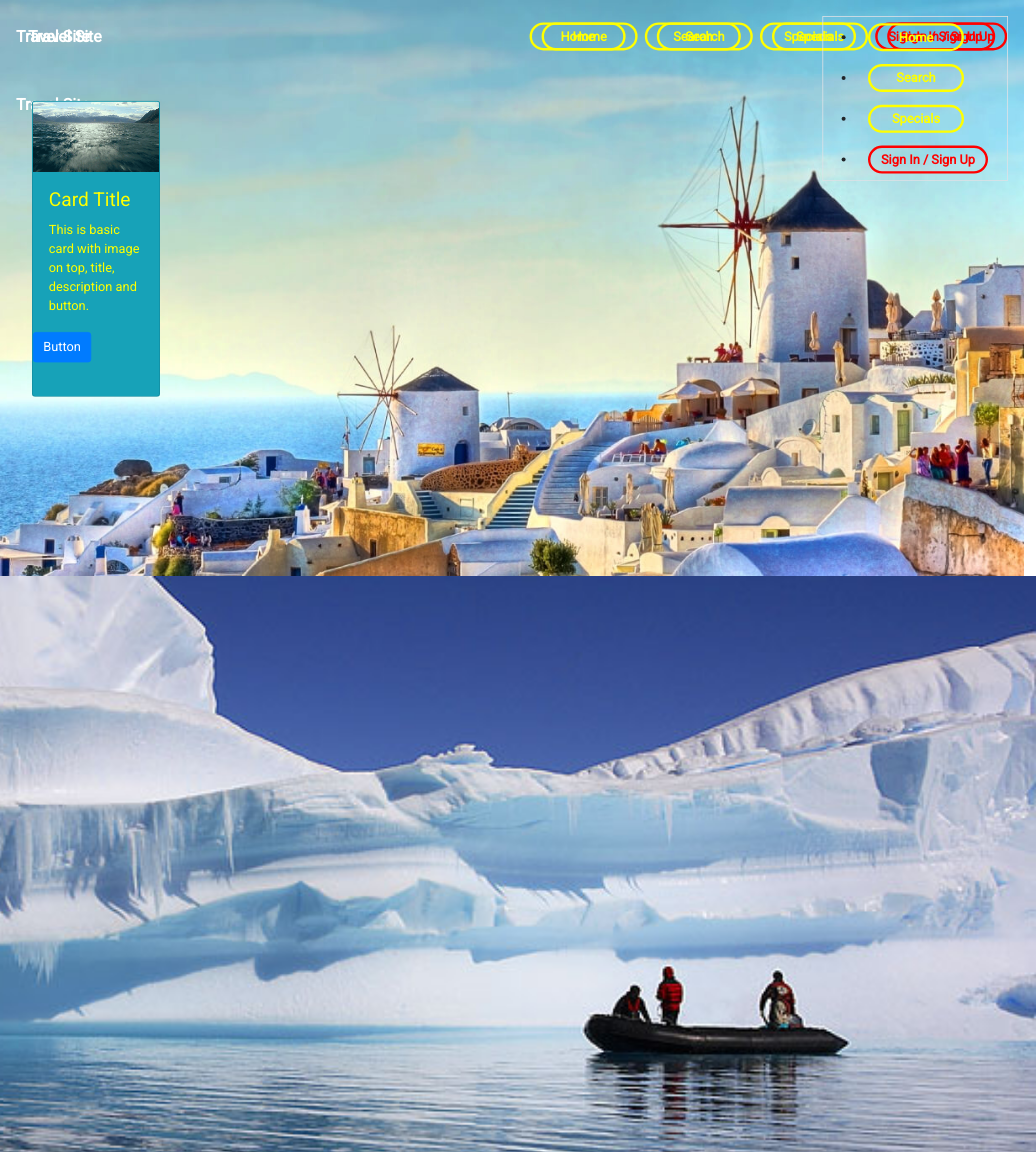
Repository: wpelizzoni/travel-site
Page: index.html
The author's editor kept a record of every edit. The page is drawn from the files as they stood at one moment, then again after the next edit.
The browser window is 1280 px wide. The page is 1295 px wide, so the pictures cover 1295 px, including what lies to the right of the window. The pictures show the whole page, at 80% of full size.

Above is the page before.

After the next edit:
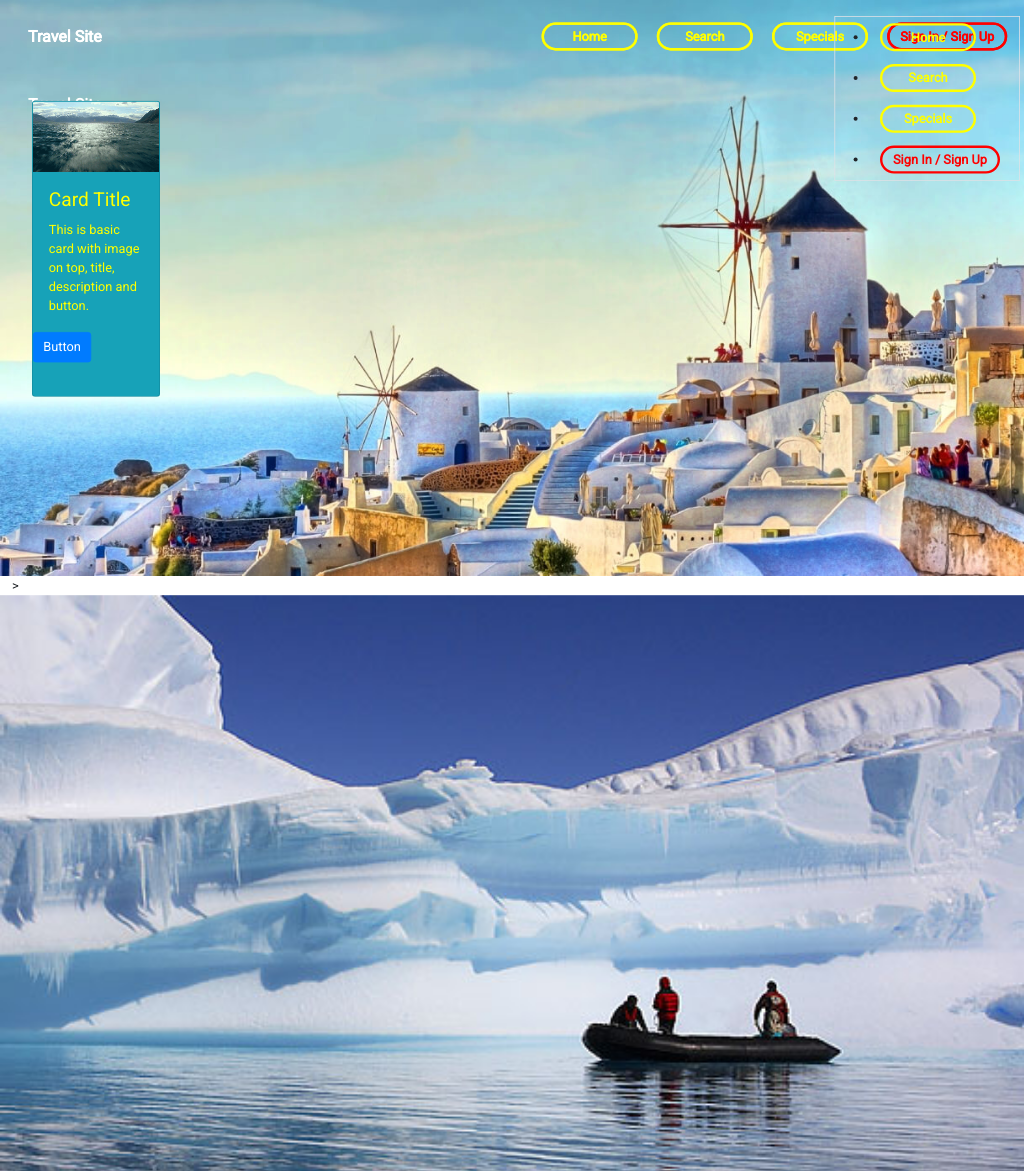
The edit:
--- a/index.html
+++ b/index.html
@@ -105,7 +105,7 @@
             </div>
         </section>
         -->
-<div>
+<div class="container-fluid">>
 
 
     <section id="search ">
